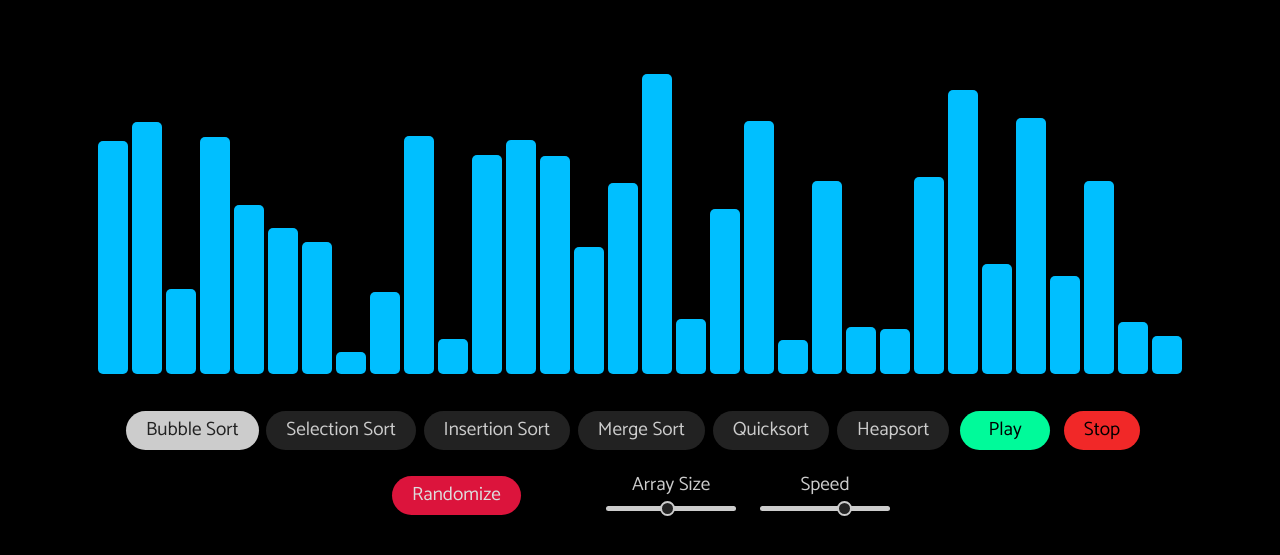
Repository: sneha1010/Sorting-visualizer
Page: index.html
The author's editor kept a copy of each file at every save. The page is drawn from the files as they stood at one save, then again after the next save.
The browser window is 1280 px wide. The pictures show the whole page.
After loading, the first visible `#bubble` was clicked once.

Above is the page before, as saved 2022-06-14 17:20:29.

After the next save:
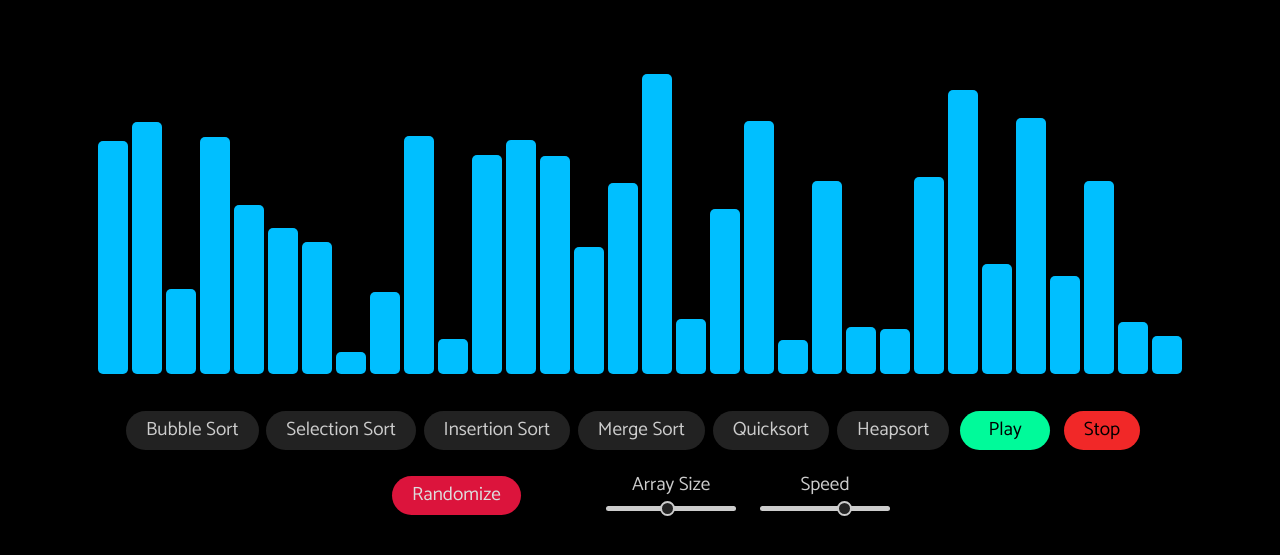
Saved 27 s later.
--- a/assets/style.css
+++ b/assets/style.css
@@ -65,10 +65,10 @@
     border-radius: 50px;
 }
 
-.algo-btn:hover, .algo-btn-active {
+/* .algo-btn:hover, .algo-btn-active {
     background-color: #ccc;
     color: #222;
-}
+} */
 
 #sort {
     /* float: right; */

After the 5 saves that followed:
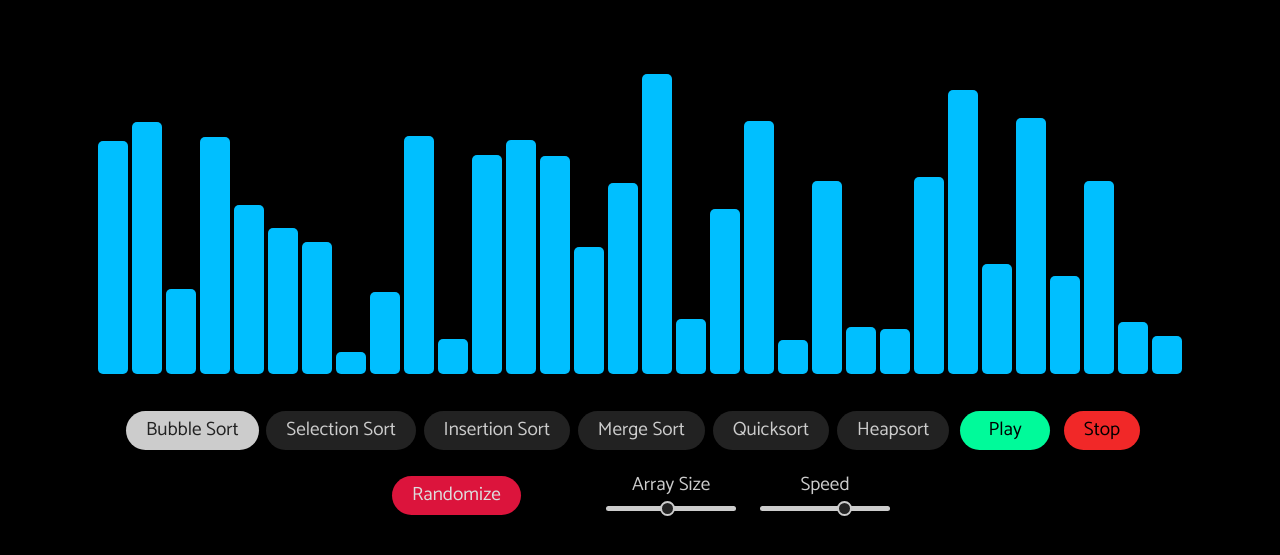
The 5 saves are shown as one change because 4 left the picture as it was.
The last was saved 3 min 18 s later.
--- a/assets/style.css
+++ b/assets/style.css
@@ -65,10 +65,10 @@
     border-radius: 50px;
 }
 
-/* .algo-btn:hover, .algo-btn-active {
+.algo-btn:hover, .algo-btn-active {
     background-color: #ccc;
     color: #222;
-} */
+}
 
 #sort {
     /* float: right; */
--- a/assets/script.js
+++ b/assets/script.js
@@ -33,7 +33,7 @@
 var first=true;
 var halt =false;
 
-var sor_btn=document.getElementById("algo-btn");
+// var sort_btn=document.getElementById("algo-btn");
 
 function updateValues() {
     array_container_width = Math.floor( $("#array-container").width() );
@@ -151,7 +151,8 @@
 
             $(".algo-btn-active").removeClass('algo-btn-active');
             $(this).addClass('algo-btn-active');
-
+            $(".algo-btn-active").disable=true;
+            $(".algo-btn-active").disable=false;
             $("#no-algo-warning").removeClass('display-flex');
             $("#no-algo-warning").addClass('display-none');
         }
--- a/assets/bubble-sort.js
+++ b/assets/bubble-sort.js
@@ -1,6 +1,6 @@
 async function bubbleSort() {
-    bubble.background.color ="red";
-    sor_btn.disable=true;
+    bubble.background="red";
+    // sor_btn.disable=true;
     var i, j;
     await sleep(delay);
      halt=false;
